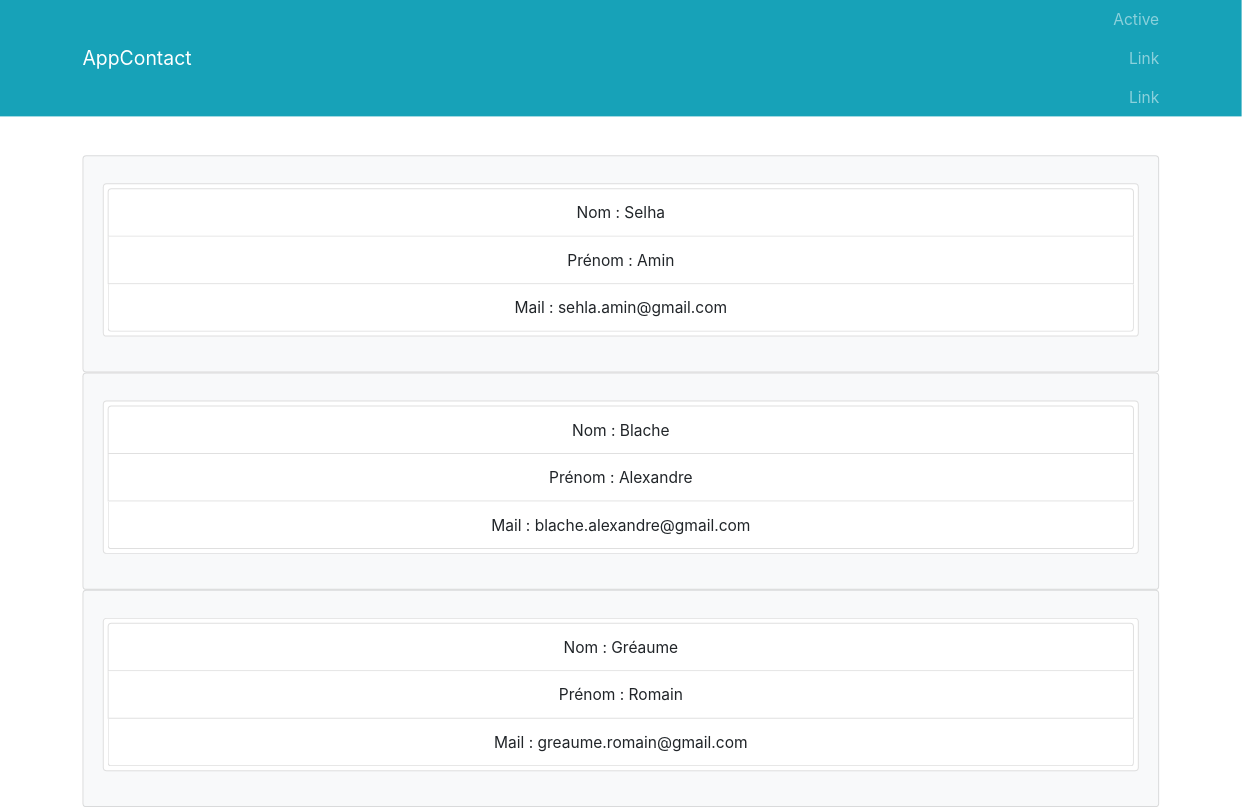
Repository: romgrm/appContact
Page: /
These files come from the project's save history. The page is drawn as it stood at one moment and after a run of saves; the edit follows.
The browser window is 1280 px wide. The pictures show the whole page, at 97% of full size.
Some web libraries are served in a nearby version. The project was rebuilt for these pictures with package versions that can differ from the ones it lists, and the page was loaded fresh each time.

Above is the page before, as saved 2020-12-02 21:20:57.

### public/index.html
<!DOCTYPE html>
<html lang="en">
  <head>
    <meta charset="utf-8" />
    <link rel="icon" href="%PUBLIC_URL%/favicon.ico" />
    <meta name="viewport" content="width=device-width, initial-scale=1" />
    <meta name="theme-color" content="#000000" />
    <meta
      name="description"
      content="Web site created using create-react-app"
    />
    <link rel="apple-touch-icon" href="%PUBLIC_URL%/logo192.png" />

    <link rel="manifest" href="%PUBLIC_URL%/manifest.json" />

    <title>React App</title>
  </head>
  <body>
    <noscript>You need to enable JavaScript to run this app.</noscript>
    <div id="root"></div>
    <script src="https://kit.fontawesome.com/f66925acc9.js" crossorigin="anonymous"></script>

  </body>
</html>

### src/App.js
import Header from './Components/Header'
import Liste from './Components/Liste'

import 'bootstrap/dist/css/bootstrap.min.css'


function App() {
  return (
    <div className="App">
      <Header />
      <div className="container pt-4">
        <Liste />
      </div>
    </div>
  );
}

export default App;

### src/Components/Header.js
import React, { Component } from 'react'

export default class Header extends Component {
    render() {
        return (
            <div>
                <nav className="navbar navbar-dark bg-info mb-3 py-0">
                    <div className="container">
                        <a href="/" className="navbar-brand">AppContact</a>
                        <ul className="navbar-nav">
                            <li className="nav-item ml-auto">
                                <a className="nav-link " href="#">Active</a>
                            </li>
                            <li className="nav-item ml-auto">
                                <a className="nav-link" href="#">Link</a>
                            </li>
                            <li className="nav-item ml-auto">
                                <a className="nav-link" href="#">Link</a>
                            </li>
                        </ul>
                    </div>
                </nav>

            </div>

        )
    }
}

### src/Components/Liste.js
import React, { Component } from 'react'
import Contact from './Contact'

export default class Liste extends Component {

    state = {
        contacts: [
            {
                id:1,
                contact: 'Contact 1',
                nom: 'Selha',
                prenom: 'Amin',
                mail: 'sehla.amin@gmail.com'
            },
            {
                id:2,
                contact: 'Contact 2',
                nom: 'Blache',
                prenom: 'Alexandre',
                mail: 'blache.alexandre@gmail.com'
            },
            {
                id:3,
                contact: 'Contact 3',
                nom: 'Gréaume',
                prenom: 'Romain',
                mail: 'greaume.romain@gmail.com'
            }
        ]
    }

    render() {
        return (
            <div>
                {this.state.contacts.map(current => (
                    <Contact
                    key={current.id}
                    Contact={current.contact}
                    Nom={current.nom}
                    Prenom={current.prenom}
                    Mail={current.mail}/>
                ))}
            </div>
        )
    }
}

### src/Components/Contact.js
import React, { Component } from 'react'

export default class Contact extends Component {
    render() {
        return (
            <div className="card card-body bg-light text-center">
                <h1>{}</h1>
                <ul className="card card-body p-1">
                    <li className="list-group-item"> Nom : {this.props.Nom}</li>
                    <li className="list-group-item"> Prénom : {this.props.Prenom}</li>
                    <li className="list-group-item"> Mail : {this.props.Mail}</li>
                </ul>
            </div>
        )
    }
}

Loaded but not shown: src/index.js (common file)

After the next 2 saves:
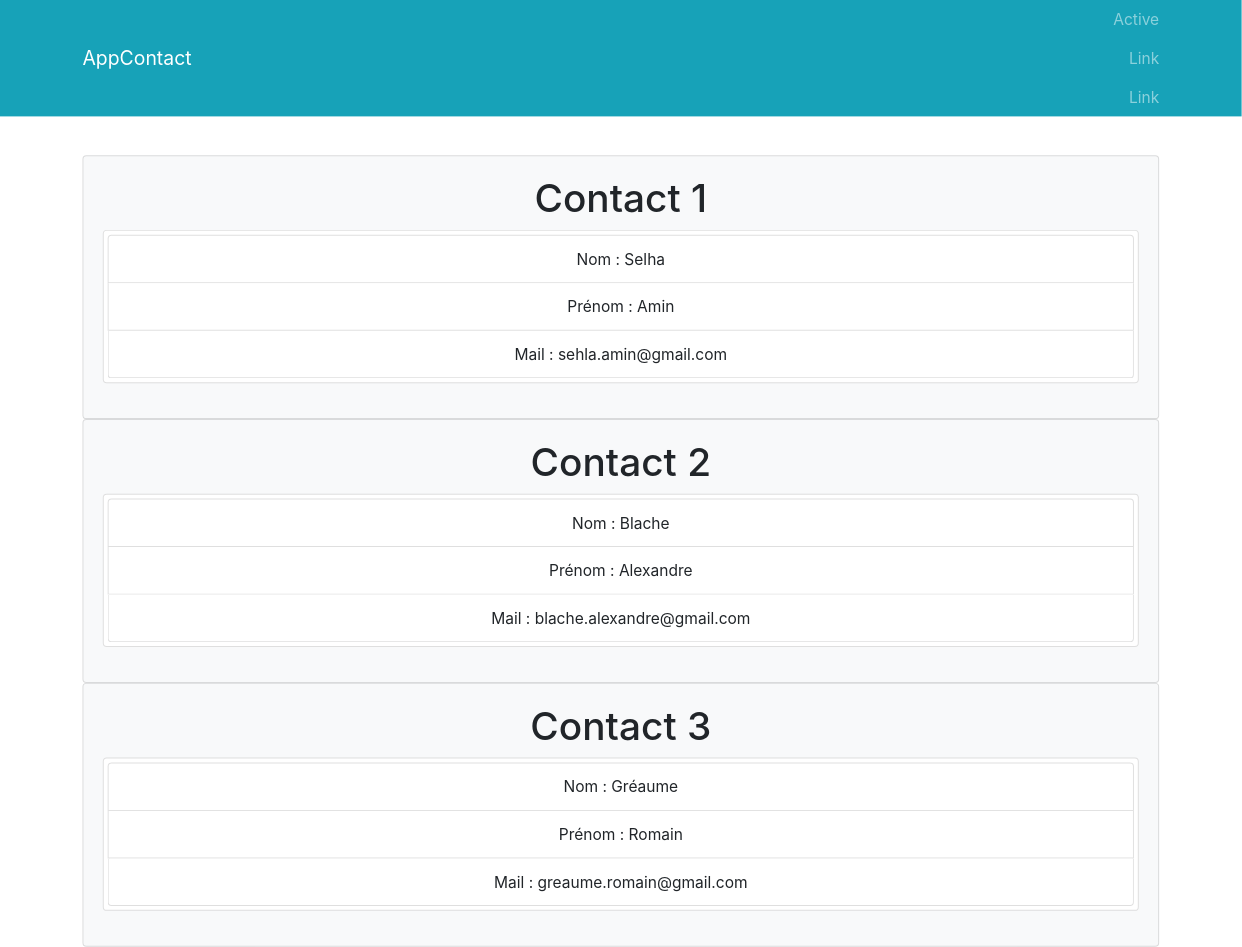
The 2 saves are shown as one change because they came seconds apart.
The last was saved 8 s later.
--- a/src/Components/Contact.js
+++ b/src/Components/Contact.js
@@ -4,7 +4,7 @@ export default class Contact extends Component {
     render() {
         return (
             <div className="card card-body bg-light text-center">
-                <h1>{}</h1>
+                <h1>{this.props.Contact}</h1>
                 <ul className="card card-body p-1">
                     <li className="list-group-item"> Nom : {this.props.Nom}</li>
                     <li className="list-group-item"> Prénom : {this.props.Prenom}</li>
